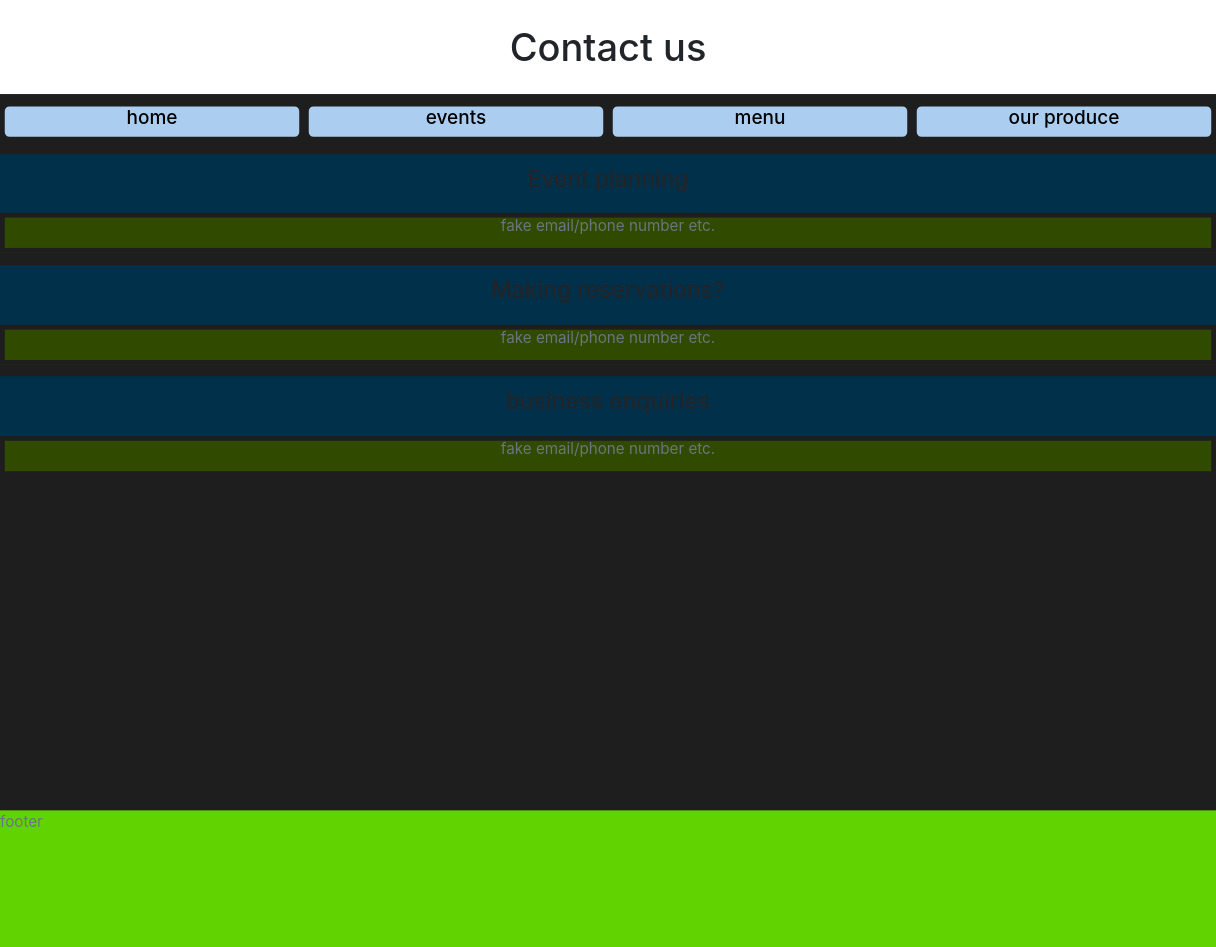
Repository: Code-Institute-Submissions/JamesLStudent-Milestone_One
Page: contacts.html
The author's editor kept a record of every edit. The page is drawn from the files as they stood at one moment, then again after the next edit.
The browser window is 1280 px wide. The pictures show the whole page, at 95% of full size.

Above is the page before.
Console error: TypeError: Cannot read properties of undefined (reading 'fn')

After the next edit:
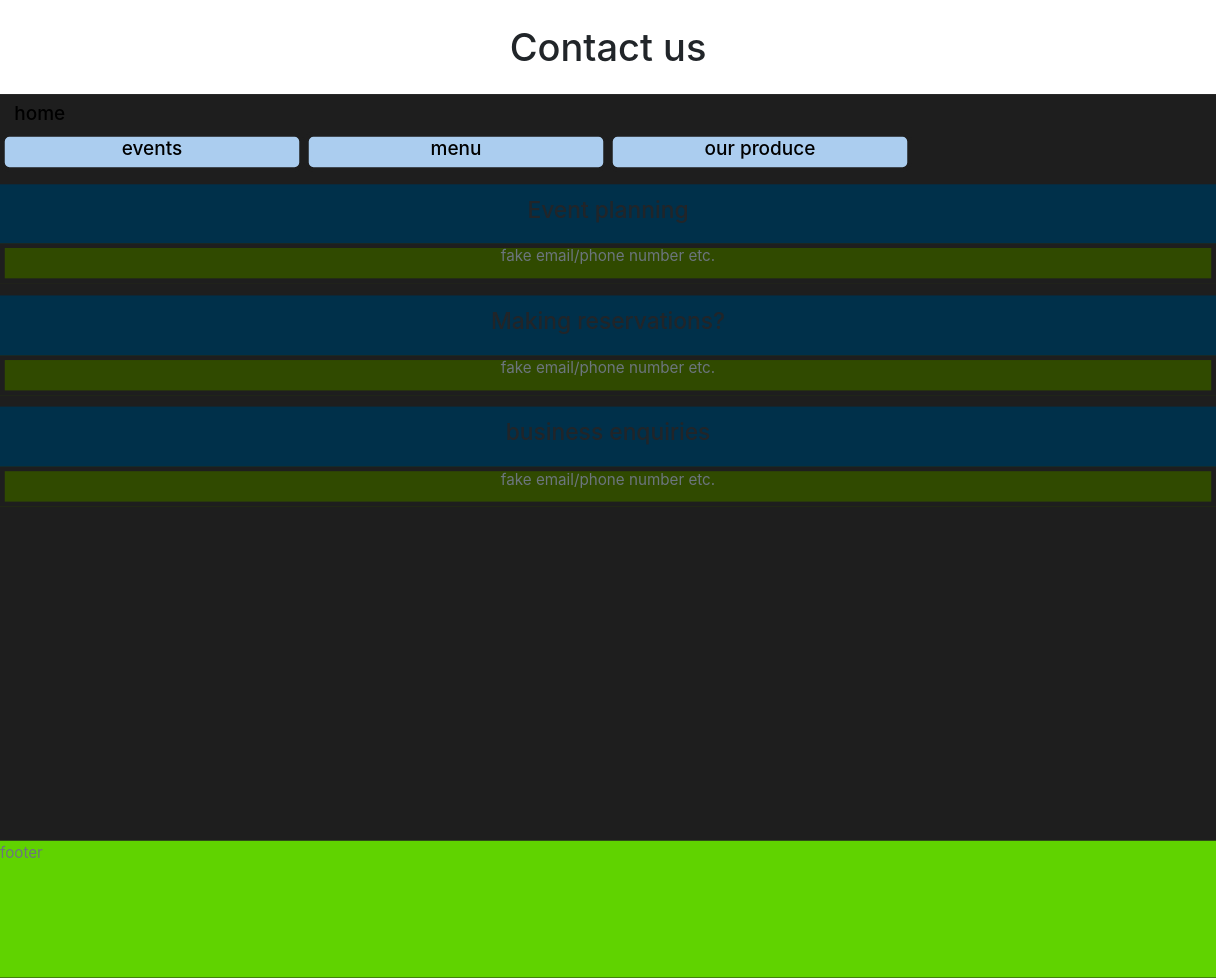
The edit:
--- a/contacts.html
+++ b/contacts.html
@@ -16,7 +16,7 @@
         <h1>Contact us</h1>
     </div>
     <a href="index.html">
-        <div class="col-6 col-md-12 col-lg-3 a black-text">
+        <div class="col-6 col-md-12 col-lg-3 navigation-item black-text">
             <h5>home</h5>
         </div>
     </a>
